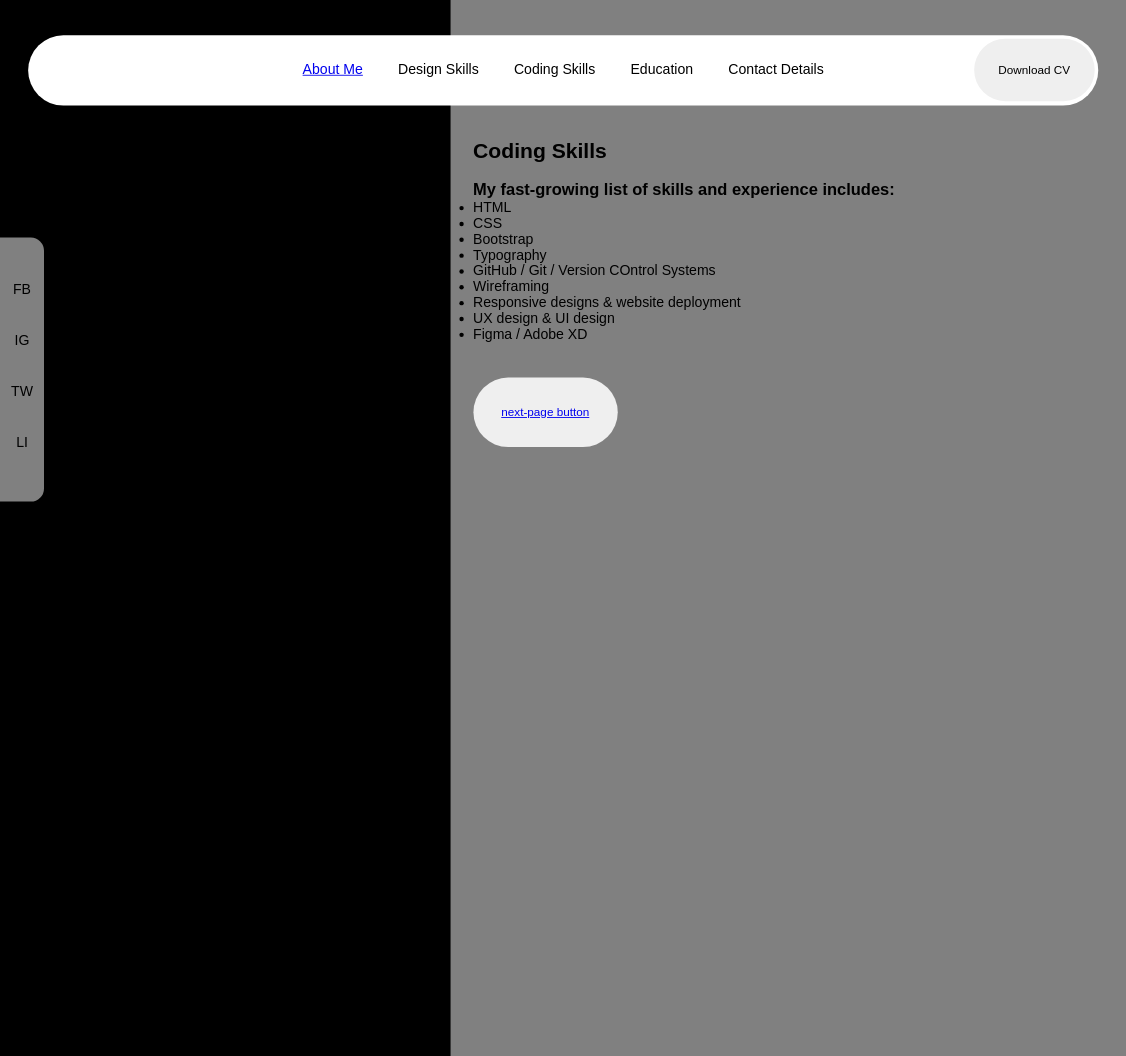
Repository: WesleyErasmus/MyDigitalResume-4
Page: codingSkills.html
The author's editor kept a copy of each file at every save. The page is drawn from the files as they stood at one save, then again after the next save.
The browser window is 1280 px wide. The pictures show the whole page, at 88% of full size.

Above is the page before, as saved 2022-02-19 21:44:02.

### codingSkills.html
<!DOCTYPE html>
<html lang="en">
<head>
    <meta charset="UTF-8">
    <meta http-equiv="X-UA-Compatible" content="IE=edge">
    <meta name="viewport" content="width=device-width, initial-scale=1.0">
    <title>Wesley Erasmus Digital Resume 4 Project</title>
    <link rel="stylesheet" href="about.css">
</head>
<body>
    <body>
        <!-- Landing page -->
        <header class="nav-menu-top">
            <ul class="top-nav-menu-buttons">
                <li><a href="/about.html" target="">About Me</a></li>
                <li>Design Skills</li>
                <li>Coding Skills</li>
                <li>Education</li>
                <li>Contact Details</li>
            </ul>
            <button id="download-cv">Download CV</button>
            <!-- Name / download CV / etc -->
        </header>

        <aside class="self-portrait">
            <!-- creative image of myself -->
            <p>aside with large portrait image of myself</p>
        </aside>
        <nav class="social-media-links">
            <ul class="social-media-links">
                <li>FB</li>
                <li>IG</li>
                <li>TW</li>
                <li>LI</li>
            </ul>
            <!-- side social media icons (float left / column direction) -->
        </nav>

            <!-- main bio; FED student / link to 2nd html page with CV content -->
         <article>
             <h1 ID="title">Coding Skills</h1>
            <div class="coding-skills">
                <h3>My fast-growing list of skills and experience includes:</h3>
                <ul class="coding-skills">
                    <li>HTML</li>
                    <li>CSS</li>
                    <li>Bootstrap</li>
                    <li>Typography</li>
                    <li>GitHub / Git / Version COntrol Systems</li>
                    <li>Wireframing</li>
                    <li>Responsive designs & website deployment</li>
                    <li>UX design & UI design</li>
                    <li>Figma / Adobe XD</li>
                </ul>
            </div>
            <button class="next-page">
                <a href="/about.html" target="">next-page button</a>
            </button>
        </article>


    </body>
</body>
</html>

### about.css
* {
    font-family: Arial, Helvetica, sans-serif;
    margin: 0;
    padding: 0;
}
body {
    background-color: grey;
    overflow:hidden;
}
header.nav-menu-top {
    position: relative;
    /* Positions explained in below link: https://developer.mozilla.org/en-US/docs/Web/CSS/position */
    text-align: center;
    margin: 0 auto;
    /* Margin: 0 auto can be used to center an object horizontally  */
    width: 95%;
    height: 80px;
    border-radius: 50px;
    margin-top: 40px;
    background-color: #fff;
}
ul.top-nav-menu-buttons{
    display: flex;
    justify-content: center;
    padding: 30px;
}
.top-nav-menu-buttons li {
    margin: 0 20px 0 20px;
    list-style-type: none;
    text-align: center;
}
button#download-cv {
    position: relative;
    float: right;
    top: -74px;
    right: 4px;
    padding: 28px;
    border-radius: 50px;
    border: NONE;
}
aside.self-portrait {
    z-index: -1;
    /* z-index explained in below link:
     https://developer.mozilla.org/en-US/docs/Web/CSS/z-index */
    background-color: black;
    position: absolute;
    top: 0;
    left: 0;
    height: 1200px;
    width: 40%;
}
nav.social-media-links {
    position: relative;
    height: 300px;
    width: 50px;
    float: left;
    top: 150px;
    left: 0px;
    background-color: grey;
    border-radius: 0 15px 15px 0;
}
ul.social-media-links{
    padding: 50px 5px 5px 5px;
    text-align: center;
    display: flex;
    flex-direction: column;

}
.social-media-links li{
    margin-bottom: 40px;
}

article {
    width: 50%;
    left: 41%;
    position: absolute;
    height: 500px;
    top: 20vh;
    padding: 1%;
}
h1#title {
    margin-bottom: 20px;
}
button.next-page {
    margin-top: 40px;
    padding: 2rem;
    border-radius: 50px;
    border: none;
}

### codingSkills.css
* {
    font-family: Arial, Helvetica, sans-serif;
    margin: 0;
    padding: 0;
}
body {
    background-color: grey;
    overflow:hidden;
}
header.nav-menu-top {
    position: relative;
    /* Positions explained in below link: https://developer.mozilla.org/en-US/docs/Web/CSS/position */
    text-align: center;
    margin: 0 auto;
    /* Margin: 0 auto can be used to center an object horizontally  */
    width: 95%;
    height: 80px;
    border-radius: 50px;
    margin-top: 40px;
    background-color: #fff;
}
ul.top-nav-menu-buttons{
    display: flex;
    justify-content: center;
    padding: 30px;
}
.top-nav-menu-buttons li {
    margin: 0 20px 0 20px;
    list-style-type: none;
    text-align: center;
}
button#download-cv {
    position: relative;
    float: right;
    top: -74px;
    right: 4px;
    padding: 28px;
    border-radius: 50px;
    border: NONE;
}
aside.self-portrait {
    z-index: -1;
    /* z-index explained in below link:
     https://developer.mozilla.org/en-US/docs/Web/CSS/z-index */
    background-color: black;
    position: absolute;
    top: 0;
    left: 0;
    height: 1200px;
    width: 40%;
}
nav.social-media-links {
    position: relative;
    height: 300px;
    width: 50px;
    float: left;
    top: 150px;
    left: 0px;
    background-color: grey;
    border-radius: 0 15px 15px 0;
}
ul.social-media-links{
    padding: 50px 5px 5px 5px;
    text-align: center;
    display: flex;
    flex-direction: column;

}
.social-media-links li{
    margin-bottom: 40px;
}

article {
    width: 50%;
    left: 41%;
    position: absolute;
    height: 500px;
    top: 20vh;
    padding: 1%;
}
h1#title {
    margin-bottom: 20px;
}
.coding-skills ul{
    margin-top: 30px;
}
button.next-page {
    margin-top: 40px;
    padding: 2rem;
    border-radius: 50px;
    border: none;
}

After the next save:
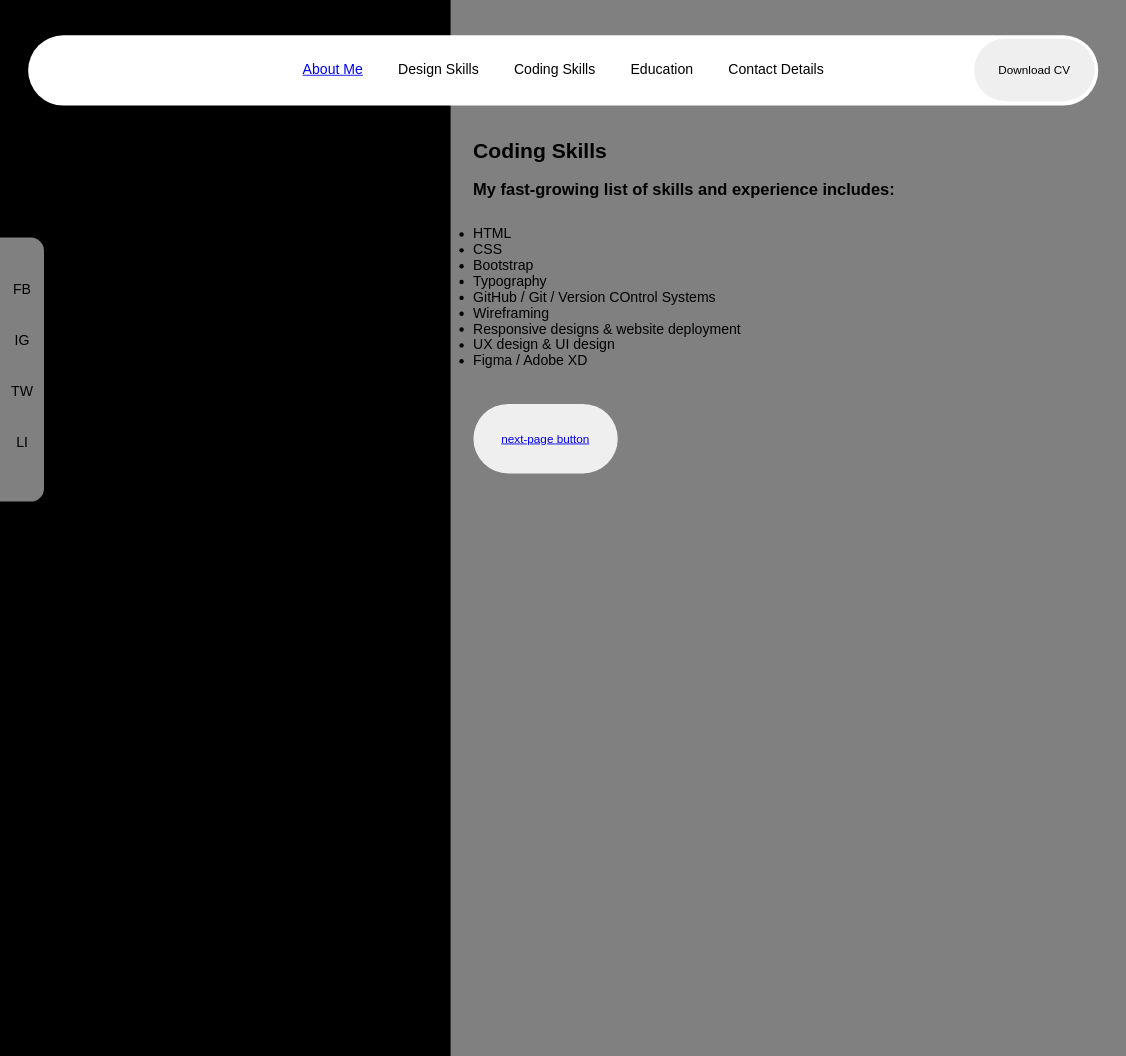
Saved 20 s later.
--- a/codingSkills.html
+++ b/codingSkills.html
@@ -5,7 +5,7 @@
     <meta http-equiv="X-UA-Compatible" content="IE=edge">
     <meta name="viewport" content="width=device-width, initial-scale=1.0">
     <title>Wesley Erasmus Digital Resume 4 Project</title>
-    <link rel="stylesheet" href="about.css">
+    <link rel="stylesheet" href="codingSkills.css">
 </head>
 <body>
     <body>
